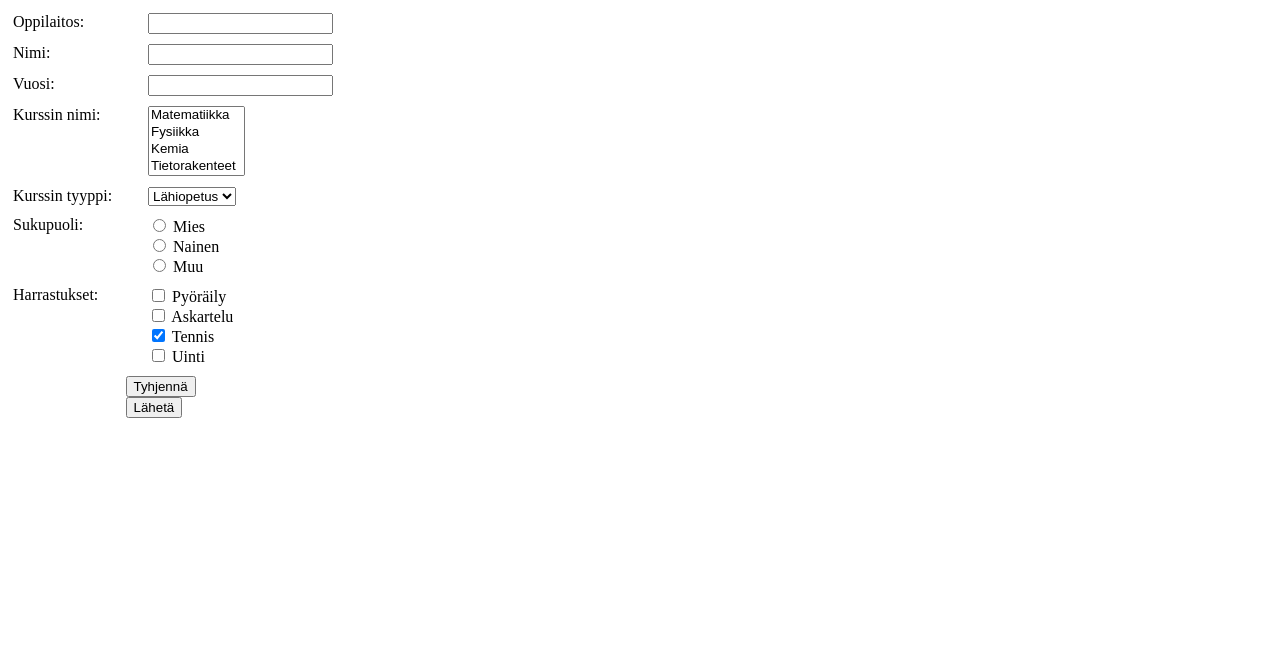
Repository: Niina-Maria/tehtavat-12-17-Niina-Maria2
Page: teht16.html
An editor plug-in stored every save of this project. The page is shown before and after the next save, followed by the edit.
The browser window is 1280 px wide. The pictures show the whole page.

Above is the page before, as saved 2024-11-20 13:07:53.

After the next save:
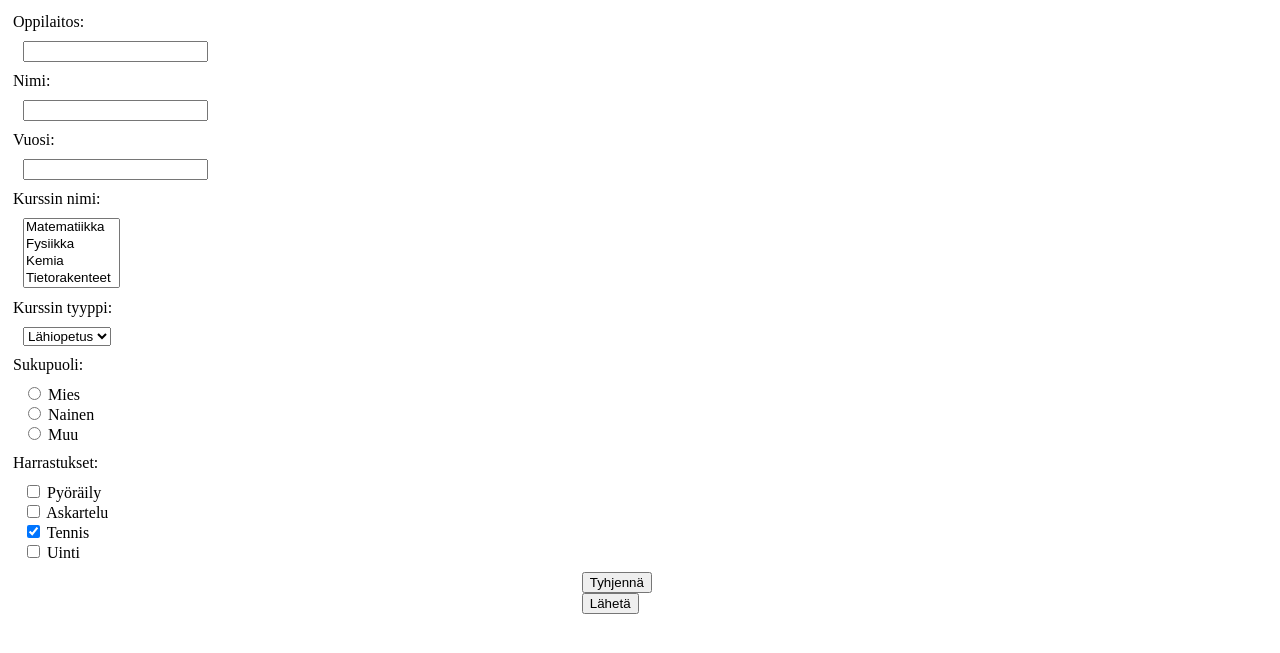
Saved 30 s later.
--- a/teht16.css
+++ b/teht16.css
@@ -5,7 +5,7 @@
 }
 
 
-.taulukko {
+.grid-item {
     display: grid;
     grid-template-columns: repeat(2, 125px);
     width: 250px;
